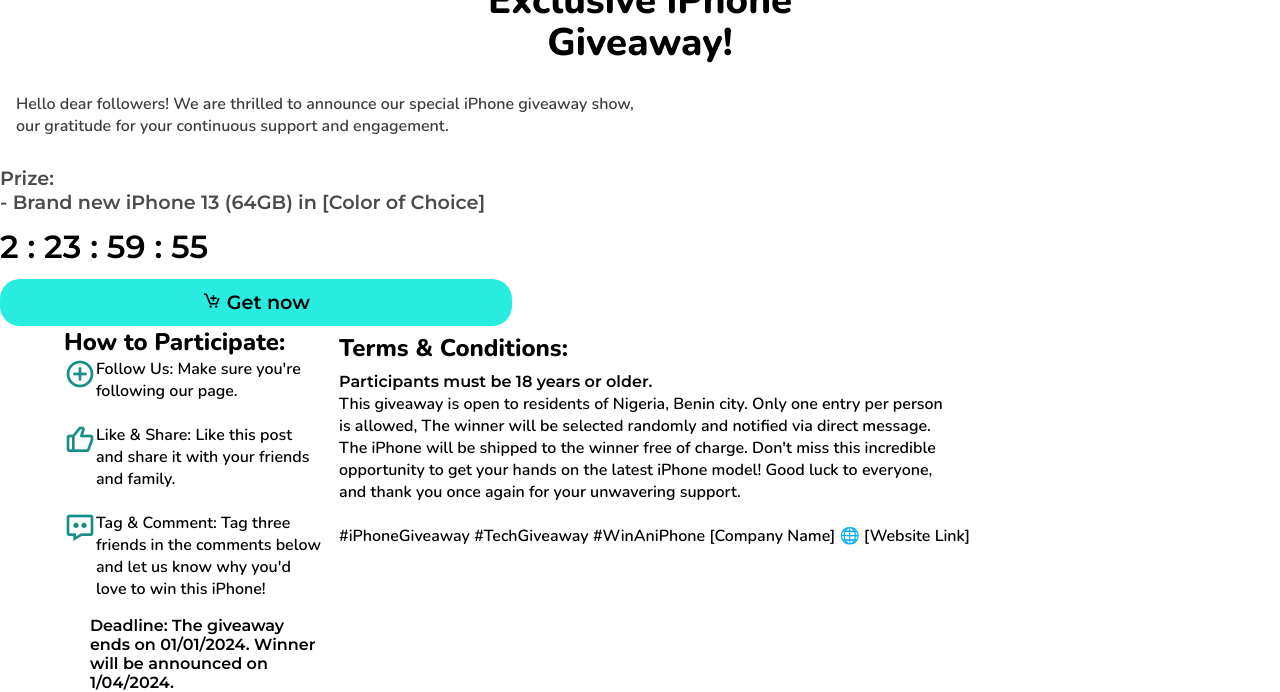
Repository: pasafista/freebie-iphone-webpage
Page: index.html
The author's editor kept a copy of each file at every save. The page is drawn from the files as they stood at one save, then again after a run of saves.
The browser window is 1280 px wide. The pictures show the part of the page from y = 792 to 1506 px (the page is 1484 px tall before and 1506 px after).
A picture or video elsewhere on the page could not be fetched, so the positions and the page height are approximate.

Above is the page before, as saved 2024-01-02 00:45:17.

After the next 3 saves:
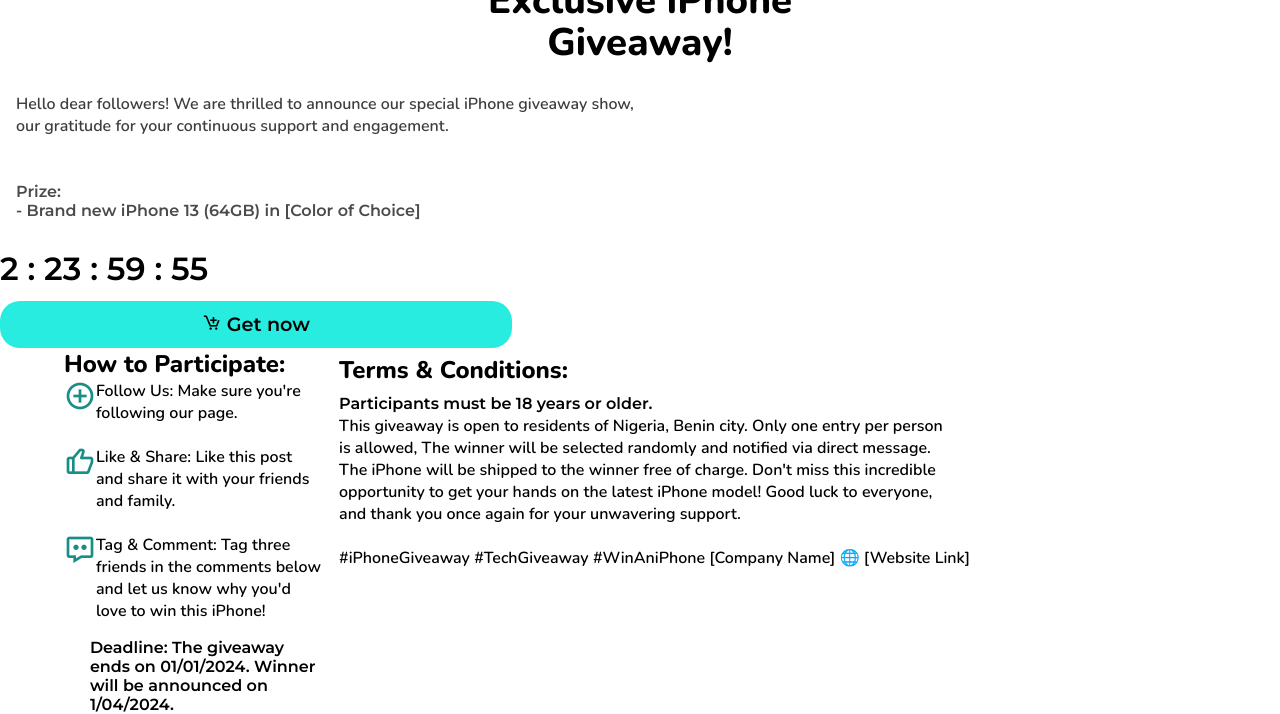
The 3 saves are shown as one change because they came seconds apart.
The last was saved 10 s later.
--- a/style.css
+++ b/style.css
@@ -146,7 +146,7 @@
         font-size: 2.4rem;
     }
 
-    .top{
+    .top, .bottom{
         font-size: 1rem;
         text-align: justify;
         padding: 1em;
